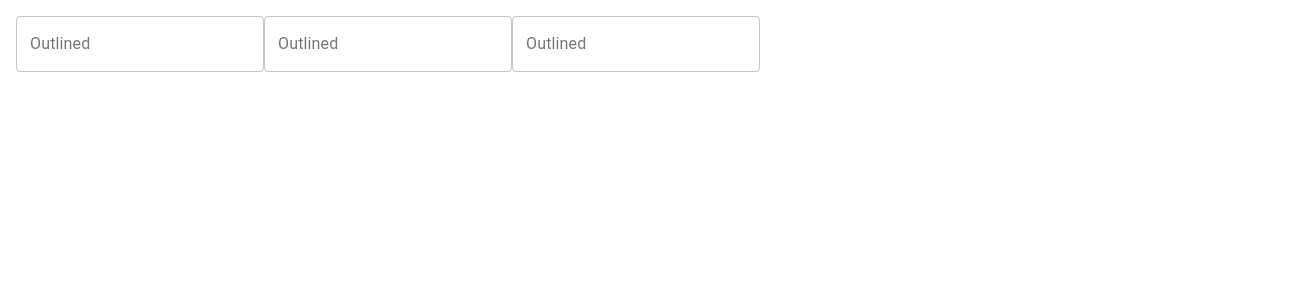
Repository: chathuraedirisingh/rr
Page: /
An editor plug-in stored every save of this project. The page is shown before and after a run of saves, followed by the edit.
The browser window is 1280 px wide. The page is 1280 px wide, then 1296 px, so the pictures cover 1296 px, including what lies to the right of the window. The pictures show the whole page.
The project was rebuilt for these pictures with package versions that can differ from the ones it lists, and the page was loaded fresh each time.

Above is the page before, as saved 2019-12-17 23:04:32.

After the next 2 saves:
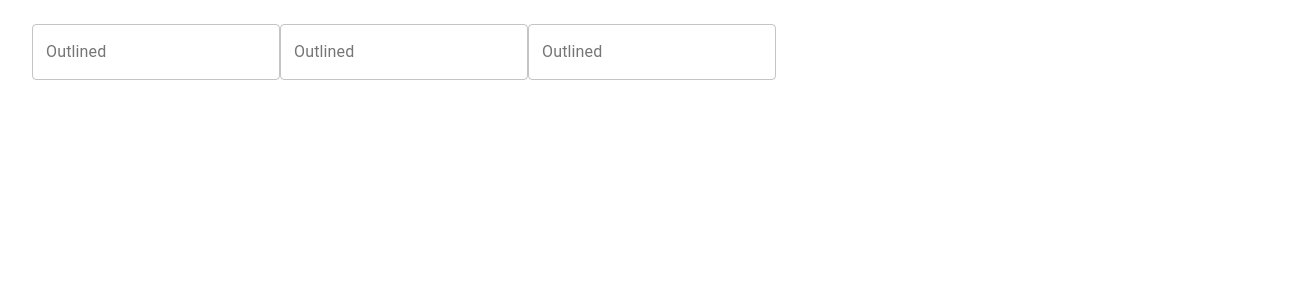
The 2 saves are shown as one change because 1 did not build or start.
The last was saved 2 min 31 s later.
--- a/src/components/FormPersonalDetails.js
+++ b/src/components/FormPersonalDetails.js
@@ -1,6 +1,7 @@
 import React, { Component } from 'react'
 import { makeStyles, ThemeProvider } from '@material-ui/core/styles';
 import TextField from '@material-ui/core/TextField';
+import { Box } from '@material-ui/core';
 
 export default class FormPersonalDetails extends Component {
     continue = e => {
@@ -12,31 +13,38 @@ export default class FormPersonalDetails extends Component {
         return (
             <ThemeProvider>
                 <React.Fragment>
-                    <div style={{ margin: 16 }}>
-                        <TextField
-                            id="outlined-basic"
-                            label="Outlined"
-                            variant="outlined"
-                            hintText="First Name"
-                            floatingLabelText="First Name"
-                            onChange={handleChange('firstname')}
-                            defaultValue={values.firstname} />
+                    <div style={{ width: '100%', margin: 16 }}>
+                        <Box display="flex"
+                            flexDirection="row"
+                            p={1} m={1}
+                            bgcolor="background.paper">
                             <TextField
-                            id="outlined-basic"
-                            label="Outlined"
-                            variant="outlined"
-                            hintText="First Name"
-                            floatingLabelText="First Name"
-                            onChange={handleChange('firstname')}
-                            defaultValue={values.firstname} />
+                                id="outlined-basic"
+                                label="Outlined"
+                                variant="outlined"
+                                hintText="First Name"
+                                floatingLabelText="First Name"
+                                onChange={handleChange('firstname')}
+                                defaultValue={values.firstname} />
                             <TextField
-                            id="outlined-basic"
-                            label="Outlined"
-                            variant="outlined"
-                            hintText="First Name"
-                            floatingLabelText="First Name"
-                            onChange={handleChange('firstname')}
-                            defaultValue={values.firstname} />
+                                id="outlined-basic"
+                                label="Outlined"
+                                variant="outlined"
+                                hintText="First Name"
+                                floatingLabelText="First Name"
+                                onChange={handleChange('firstname')}
+                                defaultValue={values.firstname} />
+                            <TextField
+                                id="outlined-basic"
+                                label="Outlined"
+                                variant="outlined"
+                                hintText="First Name"
+                                floatingLabelText="First Name"
+                                onChange={handleChange('firstname')}
+                                defaultValue={values.firstname} />
+
+                        </Box>
+
                     </div>
                 </React.Fragment>
             </ThemeProvider>
